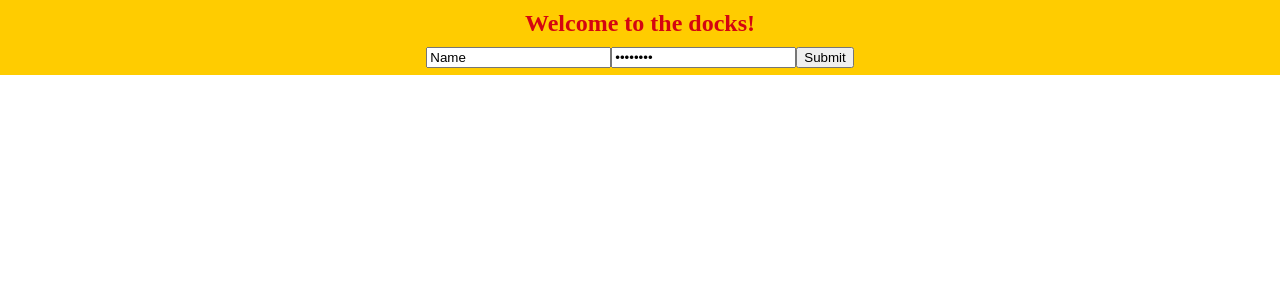
Repository: charliejp0311/java-final-proj
Page: dockWalk-frontend/index.html
These files come from the project's save history. The page is drawn as it stood at one moment and after the next save; the edit follows.
The browser window is 1280 px wide. The pictures show the whole page.
The page's requests for data from a server got no answer.

Above is the page before, as saved 2020-09-02 10:12:19.

After the next save:
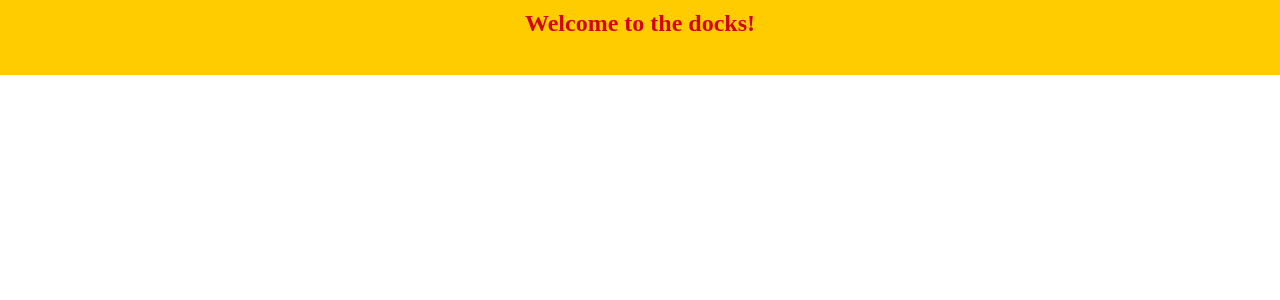
Console error: SyntaxError: Identifier 'data' has already been declared
Saved 3 min 33 s later.
--- a/dockWalk-frontend/src/user.js
+++ b/dockWalk-frontend/src/user.js
@@ -21,6 +21,11 @@
     frm.appendChild(pass)
     // frm.innerHTML += '<br>'
     submit.type = 'submit'
+    submit.addEventListener('click',(e)=>{
+        let data = e.target.parentNode.children
+        let data = e.target.parentNode.children
+        submitData()
+    })
     frm.appendChild(submit)
     head.appendChild(frm)
 

After the save that followed:
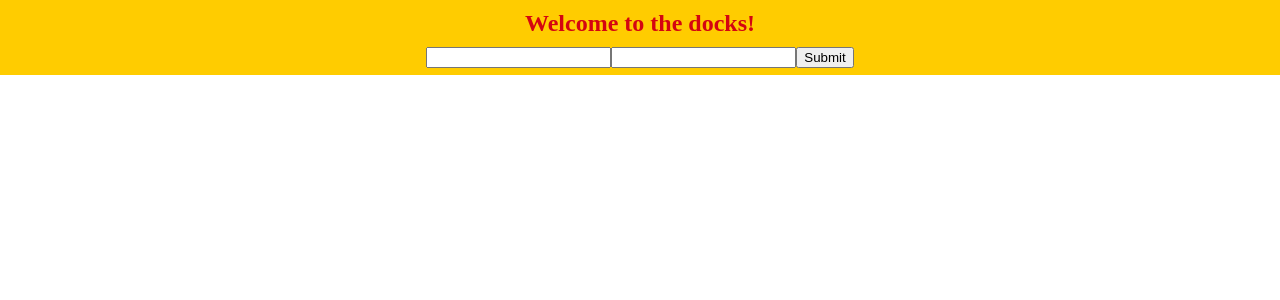
The error is gone.
Saved 53 s later.
--- a/dockWalk-frontend/src/user.js
+++ b/dockWalk-frontend/src/user.js
@@ -13,18 +13,17 @@
     let pass = document.createElement('input')
     let submit = document.createElement('input')
     name.type = 'text'
-    name.value = 'Name'
+    name.id = 'Name'
     frm.appendChild(name)
     // frm.innerHTML += '<br>'
     pass.type = 'password'
-    pass.value = 'Password'
+    pass.id = 'Password'
     frm.appendChild(pass)
     // frm.innerHTML += '<br>'
     submit.type = 'submit'
     submit.addEventListener('click',(e)=>{
         let data = e.target.parentNode.children
-        let data = e.target.parentNode.children
-        submitData()
+        submitData(data.name,data.password)
     })
     frm.appendChild(submit)
     head.appendChild(frm)
